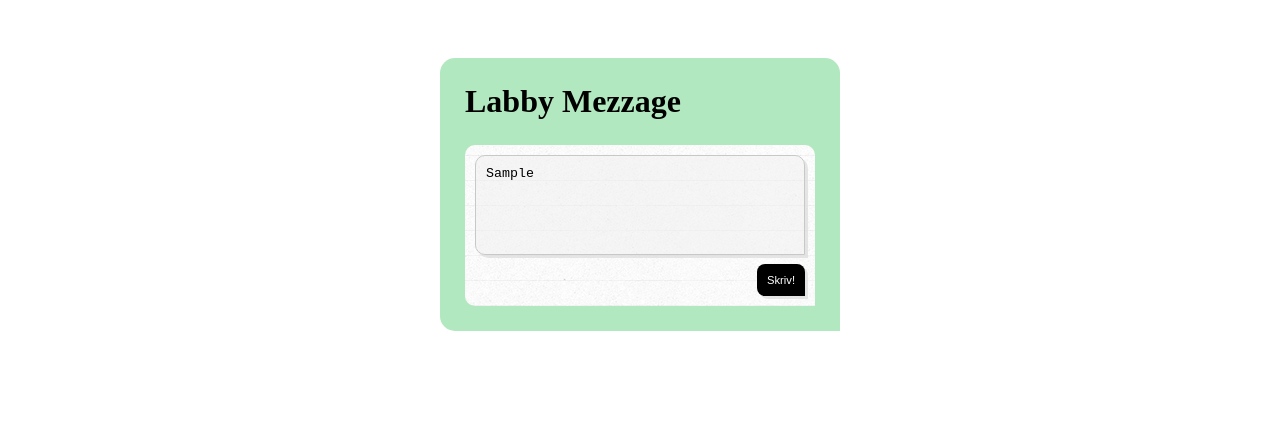
Repository: lw222gu/1dv403-laborationer
Page: 2-labbymezzage/index.html
The author's editor kept a record of every edit. The page is drawn from the files as they stood at one moment, then again after the next edit.
The browser window is 1280 px wide. The pictures show the whole page.
Empty fields were first filled with sample values (such as "Sample", 5 or name@example.com).
After loading, the first visible `#button` was clicked once.
Some web fonts or font styles are not loaded; a fallback is used.

Above is the page before.

After the next edit:
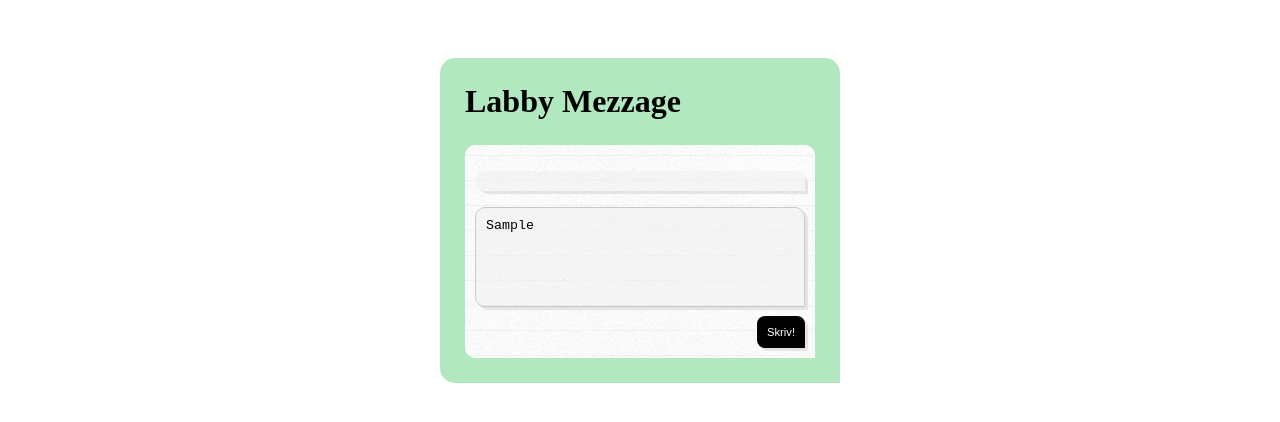
The edit:
--- a/2-labbymezzage/mainscript.js
+++ b/2-labbymezzage/mainscript.js
@@ -14,7 +14,7 @@
 
         button.onclick = function(){
             if(!clickedOnce){
-
+                divMessages.appendChild(ul);
             }
 
 
